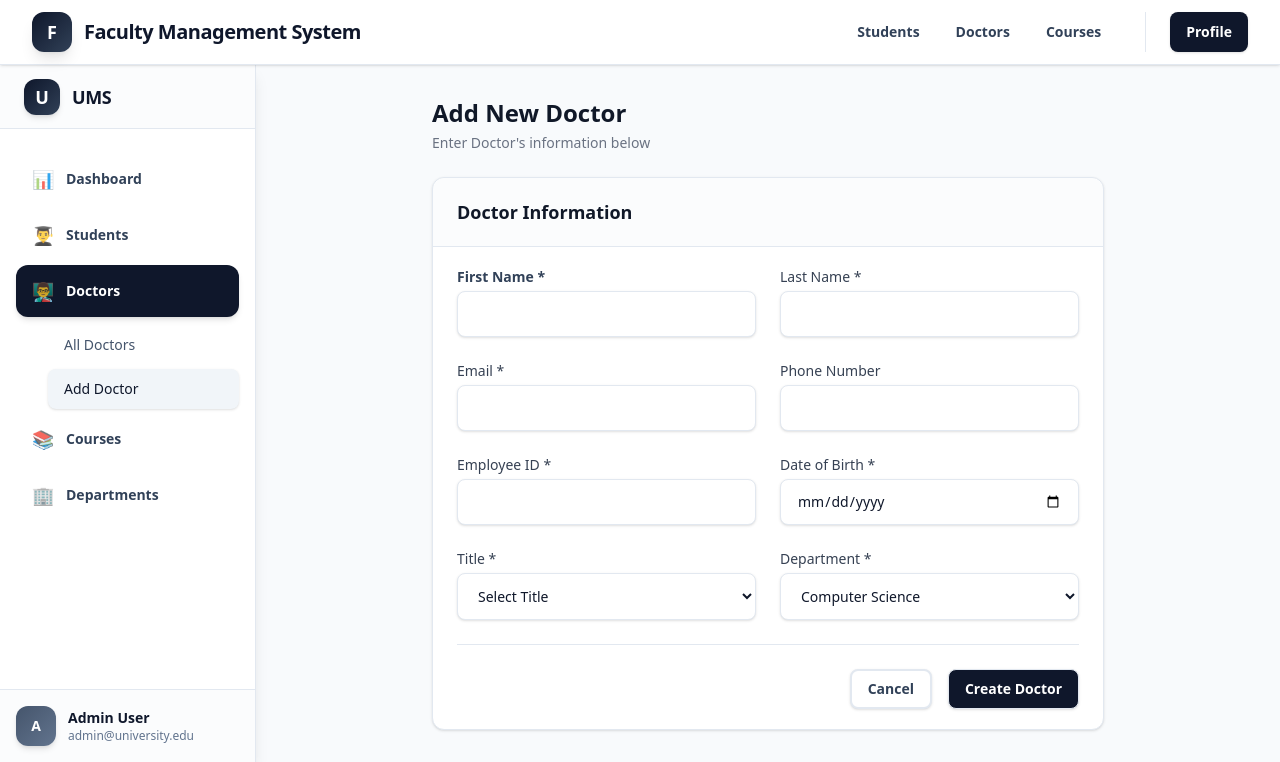
Repository: Mohamedmohsen179/Advanced-DB-Task
Page: /doctors/new (app in frontend/)
An editor plug-in stored every save of this project. The page is shown before and after the next save, followed by the edit.
The browser window is 1280 px wide. The pictures show the whole page.
The project was rebuilt for these pictures with package versions that can differ from the ones it lists, and the page was loaded fresh each time. The framework's server and built-in components were replaced by stand-ins that run in the browser. Settings that the repository does not hold, such as keys and server addresses, were given made-up values. Also part of the build but not shown: frontend/next.config.ts.

Above is the page before, as saved 2025-11-28 19:08:02.

### frontend/app/layout.tsx
import type { Metadata } from "next";
import { Geist, Geist_Mono } from "next/font/google";
import "./globals.css";
import MainLayout from "../components/layout/MainLayout";

const geistSans = Geist({
  variable: "--font-geist-sans",
  subsets: ["latin"],
});

const geistMono = Geist_Mono({
  variable: "--font-geist-mono",
  subsets: ["latin"],
});

export const metadata: Metadata = {
  title: "University Management System",
  description: "A comprehensive university management system built with Next.js and TypeScript",
};

export default function RootLayout({
  children,
}: Readonly<{
  children: React.ReactNode;
}>) {
  return (
    <html lang="en">
      <body
        className={`${geistSans.variable} ${geistMono.variable} antialiased`}
      >
        <MainLayout>{children}</MainLayout>
      </body>
    </html>
  );
}

### frontend/app/doctors/new/page.tsx
'use client';

import { useState } from 'react';
import { useRouter } from 'next/navigation';
import { CreateDoctorRequest } from '../../../types';
import { apiService } from '../../../services/api';
import { Card, CardContent, CardHeader } from '../../../components/ui/Card';
import Button from '../../../components/ui/Button';

export default function NewDoctorPage() {
  const router = useRouter();
  const [loading, setLoading] = useState(false);
  const [error, setError] = useState<string | null>(null);

  const [formData, setFormData] = useState<CreateDoctorRequest>({
    firstName: '',
    lastName: '',
    email: '',
    phoneNumber: '',
    dateOfBirth: '',
    employeeId: '',
    departmentId: '1', // Default to first department
    title: '',
    specialization: '',
    officeLocation: '',
    officeHours: '',
    biography: '',
    qualifications: [],
    researchInterests: [],
  });

  const [qualificationInput, setQualificationInput] = useState('');
  const [researchInput, setResearchInput] = useState('');

  const handleInputChange = (e: React.ChangeEvent<HTMLInputElement | HTMLSelectElement | HTMLTextAreaElement>) => {
    const { name, value } = e.target;
    setFormData(prev => ({
      ...prev,
      [name]: value,
    }));
  };

  const addQualification = () => {
    if (qualificationInput.trim()) {
      setFormData(prev => ({
        ...prev,
        qualifications: [...prev.qualifications, qualificationInput.trim()],
      }));
      setQualificationInput('');
    }
  };

  const removeQualification = (index: number) => {
    setFormData(prev => ({
      ...prev,
      qualifications: prev.qualifications.filter((_, i) => i !== index),
    }));
  };

  const addResearchInterest = () => {
    if (researchInput.trim()) {
      setFormData(prev => ({
        ...prev,
        researchInterests: [...prev.researchInterests, researchInput.trim()],
      }));
      setResearchInput('');
    }
  };

  const removeResearchInterest = (index: number) => {
    setFormData(prev => ({
      ...prev,
      researchInterests: prev.researchInterests.filter((_, i) => i !== index),
    }));
  };

  const handleSubmit = async (e: React.FormEvent) => {
    e.preventDefault();
    setLoading(true);
    setError(null);

    try {
      const response = await apiService.createDoctor(formData);

      if (response.success) {
        router.push('/doctors');
      } else {
        setError('Failed to create doctor');
      }
    } catch (err) {
      setError('An error occurred while creating the doctor');
      console.error('Error creating doctor:', err);
    } finally {
      setLoading(false);
    }
  };

  return (
    <div className="max-w-2xl mx-auto">
      <div className="mb-6">
        <h1 className="text-2xl font-bold text-gray-900">Add New Doctor</h1>
        <p className="mt-1 text-sm text-gray-500">
          Enter Doctor&apos;s information below
        </p>
      </div>

      {error && (
        <div className="mb-6 bg-red-50 border border-red-200 rounded-md p-4">
          <div className="flex">
            <div className="flex-shrink-0">
              <svg className="h-5 w-5 text-red-400" viewBox="0 0 20 20" fill="currentColor">
                <path fillRule="evenodd" d="M10 18a8 8 0 100-16 8 8 0 000 16zM8.707 7.293a1 1 0 00-1.414 1.414L8.586 10l-1.293 1.293a1 1 0 101.414 1.414L10 11.414l1.293 1.293a1 1 0 001.414-1.414L11.414 10l1.293-1.293a1 1 0 00-1.414-1.414L10 8.586 8.707 7.293z" clipRule="evenodd" />
              </svg>
            </div>
            <div className="ml-3">
              <h3 className="text-sm font-medium text-red-800">Error</h3>
              <div className="mt-2 text-sm text-red-700">
                <p>{error}</p>
              </div>
            </div>
          </div>
        </div>
      )}

      <Card>
        <CardHeader>
          <h2 className="text-lg font-semibold text-gray-900">Doctor Information</h2>
        </CardHeader>
        <CardContent>
          <form onSubmit={handleSubmit} className="space-y-6">
            {/* Basic Information */}
            <div className="grid grid-cols-1 md:grid-cols-2 gap-6">
              <div>
                <label htmlFor="firstName" className="block text-sm font-semibold text-slate-700">
                  First Name *
                </label>
                <input
                  type="text"
                  id="firstName"
                  name="firstName"
                  required
                  value={formData.firstName}
                  onChange={handleInputChange}
                  className="mt-1 block w-full border border-slate-300 rounded-lg px-4 py-3 text-sm focus:outline-none focus:ring-2 focus:ring-slate-500 focus:border-slate-500 transition-all duration-200 bg-white shadow-sm"
                />
              </div>

              <div>
                <label htmlFor="lastName" className="block text-sm font-medium text-gray-700">
                  Last Name *
                </label>
                <input
                  type="text"
                  id="lastName"
                  name="lastName"
                  required
                  value={formData.lastName}
                  onChange={handleInputChange}
                  className="mt-1 block w-full border border-slate-300 rounded-lg px-4 py-3 text-sm focus:outline-none focus:ring-2 focus:ring-slate-500 focus:border-slate-500 transition-all duration-200 bg-white shadow-sm"
                />
              </div>

              <div>
                <label htmlFor="email" className="block text-sm font-medium text-gray-700">
                  Email *
                </label>
                <input
                  type="email"
                  id="email"
                  name="email"
                  required
                  value={formData.email}
                  onChange={handleInputChange}
                  className="mt-1 block w-full border border-slate-300 rounded-lg px-4 py-3 text-sm focus:outline-none focus:ring-2 focus:ring-slate-500 focus:border-slate-500 transition-all duration-200 bg-white shadow-sm"
                />
              </div>

              <div>
                <label htmlFor="phoneNumber" className="block text-sm font-medium text-gray-700">
                  Phone Number
                </label>
                <input
                  type="tel"
                  id="phoneNumber"
                  name="phoneNumber"
                  value={formData.phoneNumber}
                  onChange={handleInputChange}
                  className="mt-1 block w-full border border-slate-300 rounded-lg px-4 py-3 text-sm focus:outline-none focus:ring-2 focus:ring-slate-500 focus:border-slate-500 transition-all duration-200 bg-white shadow-sm"
                />
              </div>

              <div>
                <label htmlFor="employeeId" className="block text-sm font-medium text-gray-700">
                  Employee ID *
                </label>
                <input
                  type="text"
                  id="employeeId"
                  name="employeeId"
                  required
                  value={formData.employeeId}
                  onChange={handleInputChange}
                  className="mt-1 block w-full border border-slate-300 rounded-lg px-4 py-3 text-sm focus:outline-none focus:ring-2 focus:ring-slate-500 focus:border-slate-500 transition-all duration-200 bg-white shadow-sm"
                />
              </div>

              <div>
                <label htmlFor="dateOfBirth" className="block text-sm font-medium text-gray-700">
                  Date of Birth *
                </label>
                <input
                  type="date"
                  id="dateOfBirth"
                  name="dateOfBirth"
                  required
                  value={formData.dateOfBirth}
                  onChange={handleInputChange}
                  className="mt-1 block w-full border border-slate-300 rounded-lg px-4 py-3 text-sm focus:outline-none focus:ring-2 focus:ring-slate-500 focus:border-slate-500 transition-all duration-200 bg-white shadow-sm"
                />
              </div>

              <div>
                <label htmlFor="title" className="block text-sm font-medium text-gray-700">
                  Title *
                </label>
                <select
                  id="title"
                  name="title"
                  required
                  value={formData.title}
                  onChange={handleInputChange}
                  className="mt-1 block w-full border border-slate-300 rounded-lg px-4 py-3 text-sm focus:outline-none focus:ring-2 focus:ring-slate-500 focus:border-slate-500 transition-all duration-200 bg-white shadow-sm"
                >
                  <option value="">Select Title</option>
                  <option value="Professor">Professor</option>
                  <option value="Associate Professor">Associate Professor</option>
                  <option value="Assistant Professor">Assistant Professor</option>
                  <option value="Lecturer">Lecturer</option>
                  <option value="Instructor">Instructor</option>
                </select>
              </div>

              <div>
                <label htmlFor="departmentId" className="block text-sm font-medium text-gray-700">
                  Department *
                </label>
                <select
                  id="departmentId"
                  name="departmentId"
                  required
                  value={formData.departmentId}
                  onChange={handleInputChange}
                  className="mt-1 block w-full border border-slate-300 rounded-lg px-4 py-3 text-sm focus:outline-none focus:ring-2 focus:ring-slate-500 focus:border-slate-500 transition-all duration-200 bg-white shadow-sm"
                >
                  <option value="1">Computer Science</option>
                  <option value="2">Mathematics</option>
                </select>
              </div>
            </div>


            <div className="flex justify-end space-x-4 pt-6 border-t border-gray-200">
              <Button
                type="button"
                variant="outline"
                onClick={() => router.back()}
              >
                Cancel
              </Button>
              <Button
                type="submit"
                loading={loading}
              >
                Create Doctor
              </Button>
            </div>
          </form>
        </CardContent>
      </Card>
    </div>
  );
}

### frontend/app/globals.css
@import "tailwindcss";

:root {
  --background: #fafafa;
  --foreground: #0f172a;
  --primary: #2563eb;
  --primary-foreground: #ffffff;
  --secondary: #f1f5f9;
  --secondary-foreground: #334155;
  --muted: #f8fafc;
  --muted-foreground: #64748b;
  --accent: #f1f5f9;
  --accent-foreground: #0f172a;
  --border: #e2e8f0;
  --input: #ffffff;
  --ring: #2563eb;
  --radius: 0.5rem;
}

@theme inline {
  --color-background: var(--background);
  --color-foreground: var(--foreground);
  --font-sans: var(--font-geist-sans);
  --font-mono: var(--font-geist-mono);
}

@media (prefers-color-scheme: dark) {
  :root {
    --background: #020617;
    --foreground: #f8fafc;
    --primary: #3b82f6;
    --primary-foreground: #f8fafc;
    --secondary: #1e293b;
    --secondary-foreground: #f8fafc;
    --muted: #1e293b;
    --muted-foreground: #94a3b8;
    --accent: #1e293b;
    --accent-foreground: #f8fafc;
    --border: #334155;
    --input: #1e293b;
    --ring: #3b82f6;
  }
}

* {
  border-color: var(--border);
}

body {
  background: var(--background);
  color: var(--foreground);
  font-family: var(--font-sans), system-ui, -apple-system, sans-serif;
  line-height: 1.6;
  -webkit-font-smoothing: antialiased;
  -moz-osx-font-smoothing: grayscale;
}

/* Professional scrollbar */
::-webkit-scrollbar {
  width: 8px;
  height: 8px;
}

::-webkit-scrollbar-track {
  background: var(--muted);
}

::-webkit-scrollbar-thumb {
  background: var(--muted-foreground);
  border-radius: 4px;
}

::-webkit-scrollbar-thumb:hover {
  background: var(--foreground);
}

/* Focus styles */
.focus-visible {
  outline: 2px solid var(--ring);
  outline-offset: 2px;
}

/* Professional shadows */
.shadow-professional {
  box-shadow: 0 1px 3px 0 rgb(0 0 0 / 0.1), 0 1px 2px -1px rgb(0 0 0 / 0.1);
}

.shadow-professional-lg {
  box-shadow: 0 10px 15px -3px rgb(0 0 0 / 0.1), 0 4px 6px -4px rgb(0 0 0 / 0.1);
}

### frontend/components/layout/MainLayout.tsx
'use client';

import { useState } from 'react';
import Navbar from './Navbar';
import Sidebar from './Sidebar';

interface MainLayoutProps {
  children: React.ReactNode;
}

export default function MainLayout({ children }: MainLayoutProps) {
  const [sidebarOpen, setSidebarOpen] = useState(false);

  return (
    <div className="min-h-screen bg-slate-50">
      {/* Navbar */}
      <Navbar />

      <div className="flex">
        {/* Sidebar */}
        <Sidebar
          isOpen={sidebarOpen}
          onClose={() => setSidebarOpen(false)}
        />

        {/* Main Content */}
        <div className="flex-1 lg:ml-0">
          {/* Mobile sidebar toggle */}
          <div className="lg:hidden">
            <button
              onClick={() => setSidebarOpen(true)}
              className="fixed top-20 left-4 z-10 bg-white p-3 rounded-xl shadow-professional border border-slate-200 hover:shadow-professional-lg transition-all duration-200"
            >
              <svg className="w-5 h-5 text-slate-600" fill="none" stroke="currentColor" viewBox="0 0 24 24">
                <path strokeLinecap="round" strokeLinejoin="round" strokeWidth={2} d="M4 6h16M4 12h16M4 18h16" />
              </svg>
            </button>
          </div>

          {/* Page Content */}
          <main className="p-6 lg:p-8">
            <div className="max-w-7xl mx-auto">
              {children}
            </div>
          </main>
        </div>
      </div>
    </div>
  );
}

### frontend/components/ui/Card.tsx
import { HTMLAttributes, forwardRef } from 'react';

interface CardProps extends HTMLAttributes<HTMLDivElement> {
  children: React.ReactNode;
}

const Card = forwardRef<HTMLDivElement, CardProps>(
  ({ className = '', children, ...props }, ref) => {
    return (
      <div
        ref={ref}
        className={`bg-white rounded-xl border border-slate-200 shadow-professional hover:shadow-professional-lg transition-shadow duration-200 ${className}`}
        {...props}
      >
        {children}
      </div>
    );
  }
);

Card.displayName = 'Card';

interface CardHeaderProps extends HTMLAttributes<HTMLDivElement> {
  children: React.ReactNode;
}

const CardHeader = forwardRef<HTMLDivElement, CardHeaderProps>(
  ({ className = '', children, ...props }, ref) => {
    return (
      <div
        ref={ref}
        className={`px-6 py-5 border-b border-slate-200 bg-slate-50/50 rounded-t-xl ${className}`}
        {...props}
      >
        {children}
      </div>
    );
  }
);

CardHeader.displayName = 'CardHeader';

interface CardContentProps extends HTMLAttributes<HTMLDivElement> {
  children: React.ReactNode;
}

const CardContent = forwardRef<HTMLDivElement, CardContentProps>(
  ({ className = '', children, ...props }, ref) => {
    return (
      <div
        ref={ref}
        className={`px-6 py-5 ${className}`}
        {...props}
      >
        {children}
      </div>
    );
  }
);

CardContent.displayName = 'CardContent';

interface CardFooterProps extends HTMLAttributes<HTMLDivElement> {
  children: React.ReactNode;
}

const CardFooter = forwardRef<HTMLDivElement, CardFooterProps>(
  ({ className = '', children, ...props }, ref) => {
    return (
      <div
        ref={ref}
        className={`px-6 py-5 border-t border-slate-200 bg-slate-50 rounded-b-xl ${className}`}
        {...props}
      >
        {children}
      </div>
    );
  }
);

CardFooter.displayName = 'CardFooter';

export { Card, CardHeader, CardContent, CardFooter };

### frontend/components/ui/Button.tsx
import { ButtonHTMLAttributes, forwardRef } from 'react';

interface ButtonProps extends ButtonHTMLAttributes<HTMLButtonElement> {
  variant?: 'primary' | 'secondary' | 'danger' | 'outline';
  size?: 'sm' | 'md' | 'lg';
  loading?: boolean;
}

const Button = forwardRef<HTMLButtonElement, ButtonProps>(
  ({ className = '', variant = 'primary', size = 'md', loading = false, children, disabled, ...props }, ref) => {
    const baseClasses = 'inline-flex items-center justify-center font-semibold rounded-lg transition-all duration-200 focus:outline-none focus:ring-2 focus:ring-offset-2 disabled:opacity-50 disabled:cursor-not-allowed shadow-sm hover:shadow-md active:scale-[0.98]';

    const variantClasses = {
      primary: 'bg-slate-900 text-white hover:bg-slate-800 focus:ring-slate-500 border border-slate-900',
      secondary: 'bg-slate-100 text-slate-900 hover:bg-slate-200 focus:ring-slate-500 border border-slate-200',
      danger: 'bg-red-600 text-white hover:bg-red-700 focus:ring-red-500 border border-red-600',
      outline: 'border-2 border-slate-300 text-slate-700 bg-white hover:bg-slate-50 hover:border-slate-400 focus:ring-slate-500',
    };

    const sizeClasses = {
      sm: 'px-3 py-2 text-sm h-9',
      md: 'px-4 py-2.5 text-sm h-10',
      lg: 'px-6 py-3 text-base h-12',
    };

    return (
      <button
        ref={ref}
        className={`${baseClasses} ${variantClasses[variant]} ${sizeClasses[size]} ${className}`}
        disabled={disabled || loading}
        {...props}
      >
        {loading && (
          <svg className="animate-spin -ml-1 mr-2 h-4 w-4" fill="none" viewBox="0 0 24 24">
            <circle className="opacity-25" cx="12" cy="12" r="10" stroke="currentColor" strokeWidth="4" />
            <path className="opacity-75" fill="currentColor" d="M4 12a8 8 0 018-8V0C5.373 0 0 5.373 0 12h4zm2 5.291A7.962 7.962 0 014 12H0c0 3.042 1.135 5.824 3 7.938l3-2.647z" />
          </svg>
        )}
        {children}
      </button>
    );
  }
);

Button.displayName = 'Button';

export default Button;

Loaded but not shown: frontend/services/api.ts (539 lines, source omitted); frontend/components/layout/Sidebar.tsx (158 lines, source omitted); frontend/components/layout/Navbar.tsx (102 lines, source omitted)

After the next save:
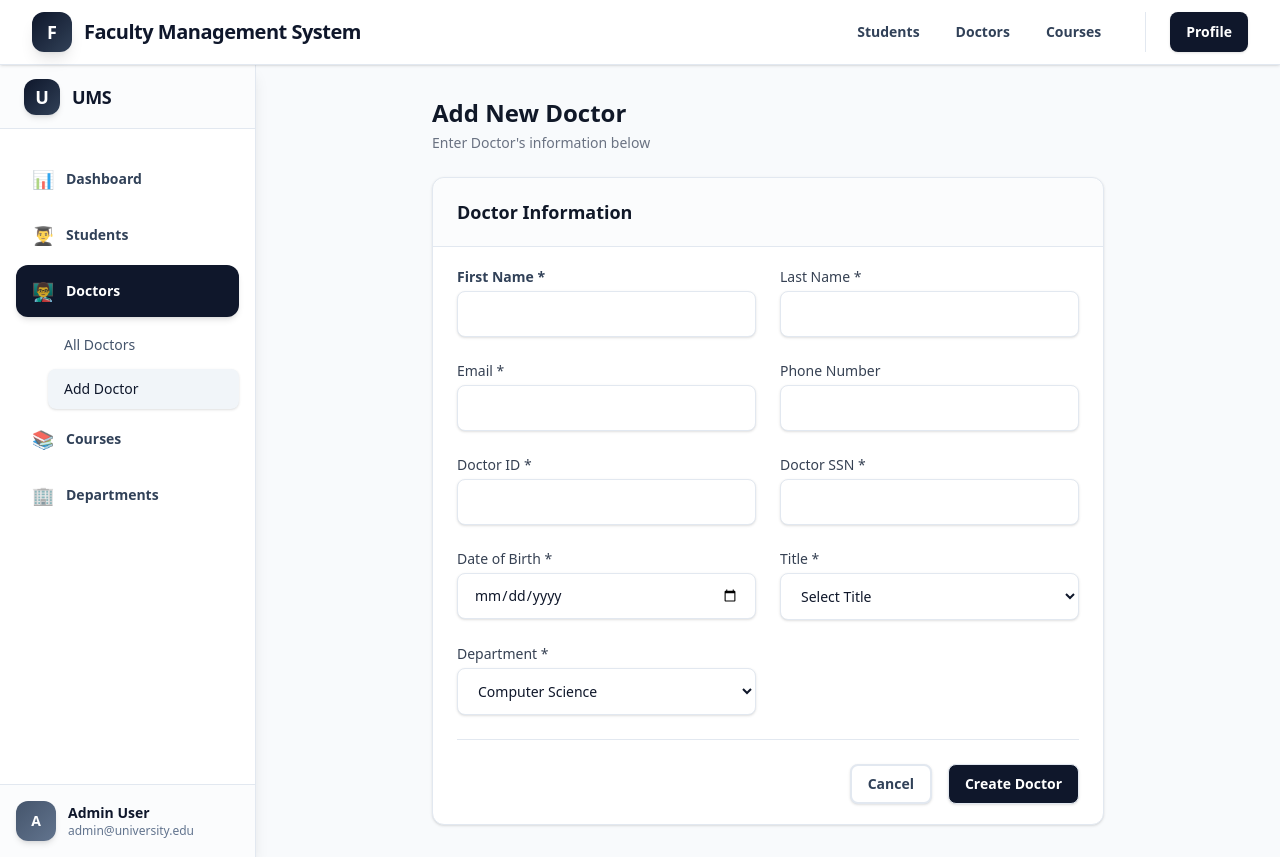
Saved 48 s later.
--- a/frontend/app/doctors/new/page.tsx
+++ b/frontend/app/doctors/new/page.tsx
@@ -191,7 +191,22 @@ export default function NewDoctorPage() {
 
               <div>
                 <label htmlFor="employeeId" className="block text-sm font-medium text-gray-700">
-                  Employee ID *
+                  Doctor ID *
+                </label>
+                <input
+                  type="text"
+                  id="employeeId"
+                  name="employeeId"
+                  required
+                  value={formData.employeeId}
+                  onChange={handleInputChange}
+                  className="mt-1 block w-full border border-slate-300 rounded-lg px-4 py-3 text-sm focus:outline-none focus:ring-2 focus:ring-slate-500 focus:border-slate-500 transition-all duration-200 bg-white shadow-sm"
+                />
+              </div>
+
+              <div>
+                <label htmlFor="employeeId" className="block text-sm font-medium text-gray-700">
+                  Doctor SSN *
                 </label>
                 <input
                   type="text"
